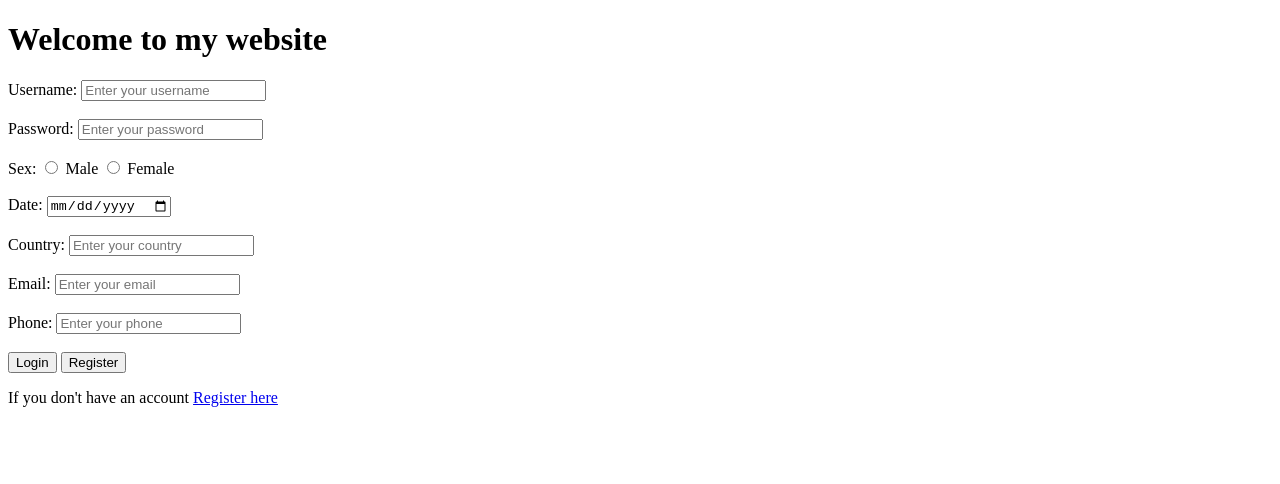
Repository: bao2222/hoc-lam-web
Page: welcome.html
The author's editor kept a copy of each file at every save. The page is drawn from the files as they stood at one save, then again after the next save.
The browser window is 1280 px wide. The pictures show the whole page.

Above is the page before, as saved 2024-12-24 19:35:39.

After the next save:
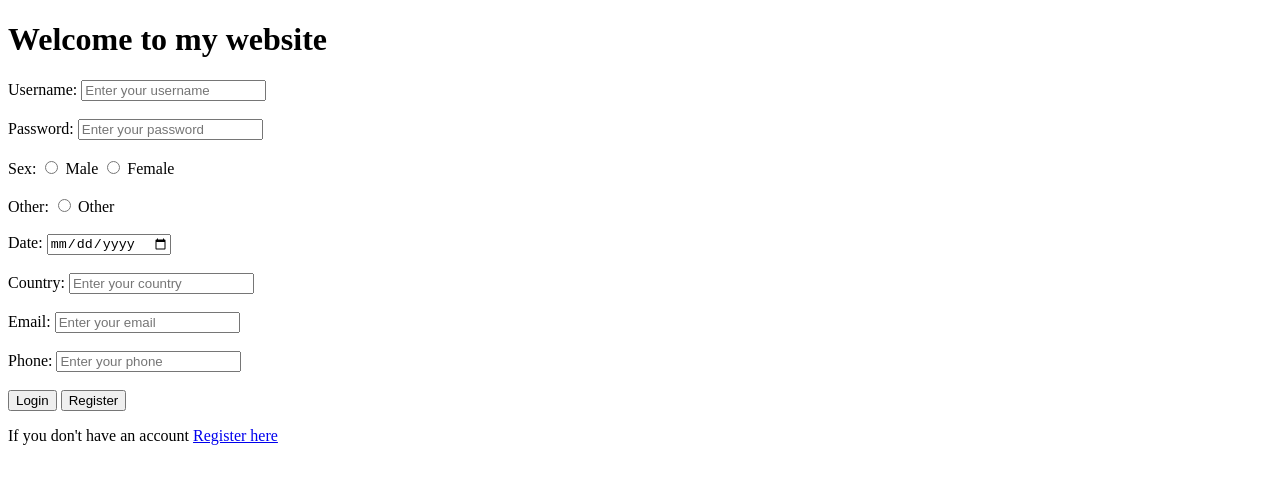
Saved 3 min 1 s later.
--- a/welcome.html
+++ b/welcome.html
@@ -27,6 +27,9 @@
                         <label for="male">Male</label>
                         <input type="radio" id="female" name="sex" value="female">
                         <label for="female">Female</label><br><br>
+                        <label for="other">Other:</label>
+                        <input type="radio" id="other" name="sex" value="other">
+                        <label for="other">Other</label><br><br>
                         <label for="date">Date:</label>
                         <input type="date" id="date" name="date"><br><br>
                         <label for="country">Country:</label>
